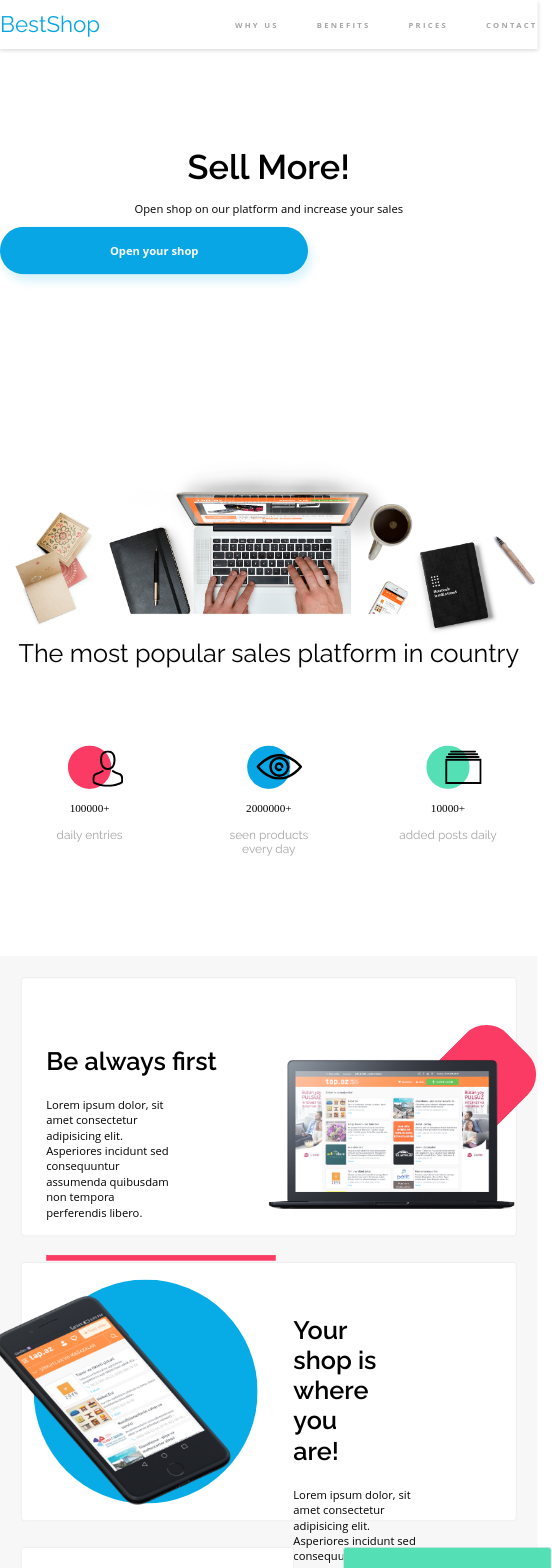
Repository: VolodymyrDubnytskyi/BestShop_project
Page: index.html
An editor plug-in stored every save of this project. The page is shown before and after the next save, followed by the edit.
The browser window is 768 px wide. The page is 788 px wide, so the pictures cover 788 px, including what lies to the right of the window. The pictures show the part of the page from y = 0 to 2240 px (the page is 4270 px tall), at 70% of full size.
Some web libraries are served in a nearby version.

Above is the page before, as saved 2020-01-05 15:48:05.

### index.html
<!DOCTYPE html>
<html lang="en">

<head>
    <meta charset="UTF-8">
    <meta name="viewport" content="width=device-width, initial-scale=1.0">
    <meta http-equiv="X-UA-Compatible" content="ie=edge">
    <link rel="stylesheet" href="https://use.fontawesome.com/releases/v5.1.1/css/all.css"
        integrity="sha384-O8whS3fhG2OnA5Kas0Y9l3cfpmYjapjI0E4theH4iuMD+pLhbf6JI0jIMfYcK3yZ" crossorigin="anonymous">
    <link href="https://fonts.googleapis.com/css?family=Raleway:400,600&display=swap" rel="stylesheet">
    <link rel="stylesheet" href="css/reset.css">
    <link rel="stylesheet" href="css/style.css">
    <!-- <script src="js/main.js" defer></script> -->
    <title>Document</title>
</head>

<body>
    <header class="header">
        <nav class="navbar">
            <section class="container navbar-container">
                <h2 class="logo">BestShop</h2>
                <ul class="ul-list-nav">
                    <li><a href="#">why us</a></li>
                    <li><a href="#">benefits</a></li>
                    <li><a href="#">prices</a></li>
                    <li><a href="#">contact</a></li>
                </ul>
                <div class="toggle-menu">
                    <span></span>
                    <span></span>
                    <span></span>
                </div>
            </section>
        </nav>
        <section class="section-for-h1">
            <section class="main-heding-h1">
                <h1>Sell More!</h1>
                <p class="text-under-h1-line">Open shop on our platform and increase your sales</p>
                <a href="" class="open-your-shop-btn">Open your shop</a>
            </section>
        </section>

    </header>
    <section class="sales-platform">
        <h2 class="sales-platform-heading">The most popular sales platform in country</h2>
        <section class="sales-platform-main-box container">
            <arcticle class="sales-platform-boxes">
                <div class="circle circle-red"></div>
                <img src="img/Person.svg" alt="" class="img-absolut">

                <h3 class="sales-platform-box-heading">100000+</h3>
                <p class="sales-platform-box-content">daily entries</p>
            </arcticle>
            <arcticle class="sales-platform-boxes">
                <div class="circle circle-blue"></div>
                <img src="img/Eye.svg" alt="" class="img-absolut absotul-img-mid">

                <h3 class="sales-platform-box-heading">2000000+</h3>
                <p class="sales-platform-box-content">seen products every day</p>
            </arcticle>
            <arcticle class="sales-platform-boxes">
                <div class="circle circle-green"></div>
                <img src="img/Catalog.svg" alt="" class="img-absolut">

                <h3 class="sales-platform-box-heading">10000+</h3>
                <p class="sales-platform-box-content">added posts daily</p>
            </arcticle>
        </section>
    </section>
    <!-- *  MAIN -->
    <main>
        <section class="container main-content-container">
            <arcticle class="main-content-boxes">
                <div class="main-content-info-box">
                    <h2>Be always first</h2>
                    <p>Lorem ipsum dolor, sit amet consectetur adipisicing elit. Asperiores incidunt sed consequuntur
                        assumenda quibusdam non tempora perferendis libero.</p>
                    <hr class="hr-for-first-box">
                </div>
                <div class="main-content-img-box">
                    <div class="rhombus-div"></div>
                    <img src="img/Macbook2.png" alt="" class="main-content-img">
                </div>
            </arcticle>

            <arcticle class="main-content-boxes">
                <div class="main-content-img-box">
                    <div class="blue-circle"></div>
                    <img src="img/iPhone2.png" alt="" class="main-content-img main-content-img-phone">

                </div>
                <div class="main-content-info-box">
                    <h2 class="main-h2-second-arcticle">Your shop is where you are!</h2>
                    <p>Lorem ipsum dolor, sit amet consectetur adipisicing elit. Asperiores incidunt sed consequuntur
                        assumenda quibusdam non tempora perferendis libero.</p>
                    <hr class="hr-for-second-box">
                </div>
            </arcticle>

            <arcticle class="main-content-boxes main-content-boxes-split-for-two">
                <div class="maint-contet-last-box-one">
                    <h2>Increase recognition your brand!</h2>
                    <p>Lorem ipsum dolor sit amet, consectetur adipiscing elit, sed do eiusmod tempor incididunt ut
                        labore et dolore magna aliqua. Ut enim ad minim veniam.</p>
                    <hr class="hr-for-third-box">
                </div>
                <div class="maint-contet-last-box-second">
                    <img src="img/Trumpet.png" alt="">
                </div>
            </arcticle>
        </section>
        </section>
    </main>
    <footer>
        <section class="pricing-section container">
            <h2>Pricing</h2>
            <section class="pricing-box-main">
                <arcticle class="pricing-box pricing-box-basic">
                    <h3>Basic</h3>
                    <h4>$0</h4>
                    <span class="pricing-box-content">100 MB HDD</span>
                    <span class="pricing-box-content">1 Subdomain</span>
                    <span class="pricing-box-content">2 E-mails</span>
                    <span class="pricing-box-content pricing-box-content-dont-ofer">Two years license</span>
                    <span class="pricing-box-content pricing-box-content-dont-ofer">Full support</span>
                    <a href="" class="begin-links begin-links-basic">Begin</a>
                </arcticle>
                <arcticle class="pricing-box pricing-box-professional">
                    <h3>Professional</h3>
                    <h4 class="heading-after-limited-offer">$25</h4>
                    <span class="pricing-box-content">500 MB HDD</span>
                    <span class="pricing-box-content">2 Subdomain</span>
                    <span class="pricing-box-content">5 E-mails</span>
                    <span class="pricing-box-content">One years license</span>
                    <span class="pricing-box-content pricing-box-content-dont-ofer">Full support</span>
                    <a href="" class="begin-links begin-links-professional">Begin</a>
                </arcticle>
                <arcticle class="pricing-box pricing-box-premium">
                    <h3>Premium</h3>
                    <h4 class="heading-after-limited-offer">$60</h4>
                    <span class="pricing-box-content">2 GB HDD</span>
                    <span class="pricing-box-content">5 Subdomain</span>
                    <span class="pricing-box-content">20 E-mails</span>
                    <span class="pricing-box-content">Two years license</span>
                    <span class="pricing-box-content">Full support</span>
                    <a href="" class="begin-links begin-links-premium">Begin</a>
                </arcticle>
            </section>
        </section>
    </footer>
    <section class="form-main">
        <section class="form-and-questions-box">
            <arcticle class="questions-box">
                <h2>Any questions?</h2>
                <p>Leave your email address or call us!</p>
                <span class="mail-icon ">info@bestshop.xyz</span>
                <span class="phone-icon ">123 456 789</span>
            </arcticle>
            <arcticle class="form-box form-box">
                <form action="">
                    <label for="#name" class="lables">name</label>
                    <input type="text" id="name">
                    <label for="#email" class="lables">email</label>
                    <input type="email">
                    <div class="i-agree-terms">
                        <label class="container-new-chekbox">
                            <input type="checkbox">
                            <span class="checkmark"></span>


                        </label>
                        <div>I hereby give consent for my personal data included in my application to be processed
                            for
                            the purposes of the recruitment process under the European Parliament’s and Council of
                            the
                            European Union Regulation on the Protection of Natural Persons as of 27 April 2016, with
                            regard to the processing of personal data and on the free movement of such data, and
                            repealing Directive 95/46/EC (Data Protection Directive)
                        </div>
                    </div>
                    <div class="button-box">
                        <button class="btn-send">Send</button>
                    </div>

                </form>
            </arcticle>
        </section>
    </section>
    <section class="social-networks-main">
        <section class="container class social-networks-box">
            <arcticle class="social-networks-logo">
                <h2 class="logo logo-footer">BestShop</h2>
                <p>© 2019 BestShop LTD, All Rights Reserved</p>
            </arcticle>
            <arcticle class="social-networks-links">
                <a href="">
                    <img src="img/Twitter.svg" alt="">
                </a><a href="">
                    <img src="img/Facebook.svg" alt="">
                </a>
            </arcticle>
        </section>
    </section>
</body>

</html>

### css/style.css
* {
  box-sizing: border-box;
  text-decoration: none;
  margin: 0;
  padding: 0;
}

/* * HEADER SECTION */
header {
  background: url(../img/Background.png) no-repeat center bottom/contain;
  height: 912px;
  width: 100%;
}
.navbar-container {
  display: flex;
  justify-content: space-between;
  align-items: center;
  height: 100%;
}
.container {
  max-width: 1354px;
  margin: auto;
}
.navbar {
  background: #fff;
  box-shadow: 0px 3px 6px #00000029;
  height: 70px;
  margin-bottom: 138px;
}
.ul-list-nav {
  display: flex;
}
.ul-list-nav li {
  margin: 0 47px;
}
.ul-list-nav li:last-child {
  margin-right: 0;
}
.ul-list-nav li a {
  font: Bold 11px/15px "Open Sans";
  letter-spacing: 3.28px;
  color: #a5a5a5;
  text-transform: uppercase;
  padding: 28px 0 25px 0;
}
.ul-list-nav li a:hover {
  border: none;
  border-bottom: 4px solid #08a6e4;
  color: #000;
}
.logo {
  text-align: left;
  font-size: 32px;
  font-family: "Raleway", sans-serif;
  letter-spacing: 0;
  color: #08a6e4;
  line-height: 38px;
}
/* toggle menu navbar */
.toggle-menu{
  display: none;
}
.toggle-menu span{
      width: 36px;
      height: 4px;
      background: #07ACE6 ;
      display: block;
      margin-bottom: 8px;
      transition: 0.5s;
      position: relative;

}
.toggle-menu span:nth-child(1){
  transform-origin: left;
}
.toggle-menu span:nth-child(2){
  transform-origin: center;
}
.toggle-menu span:nth-child(3){
  transform-origin: left;
}

.toggle-menu.active-toggle span:nth-child(1){
  transform:rotate(45deg);
  left: 2px;
}
.toggle-menu.active-toggle span:nth-child(2){
  transform:rotate(315deg);
  right: 2px;
}
.toggle-menu.active-toggle span:nth-child(3){
  transform: scaleX(0);
}




/* rwd nav */
@media (max-width: 1200px) {
  .ul-list-nav li {
    margin: 0 27px;
  }
}
@media (max-width: 800px)





/* *Bg-img + h1 content */
.section-for-h1 {
  display: flex;
  justify-content: center;
  align-items: flex-start;
}
h1 {
  text-align: center;
  font: 49px/59px;
  font-size: 49px;
  line-height: 59px;
  font-weight: 550;
  font-family: "Raleway", sans-serif;
  letter-spacing: 0;
  color: #000000;
}
.text-under-h1-line {
  text-align: center;
  font: 400 16px/22px "Open Sans";
  letter-spacing: 0;
  color: #000000;
  margin: 20px 0 38px 0;
}
.open-your-shop-btn {
  background: #08a6e4 0% 0% no-repeat padding-box;
  box-shadow: 5px 10px 14px #07ace629;
  border-radius: 40px;
  font: Bold 16px/22px "Open Sans";
  letter-spacing: 0;
  color: #fff;
  padding: 23px 157px;
}
.open-your-shop-btn:hover {
  background: rgb(7, 134, 184);
  box-shadow: 5px 10px 14px rgba(5, 124, 167, 0.394);
}
/* bg-img */
.sales-platform {
  text-align: center;
  height: 454px;
}
.sales-platform-main-box {
  display: flex;
  justify-content: space-around;
  margin-top: 100px;
}
.sales-platform-boxes {
  position: relative;
  width: 167px;
  height: 176px;
}
.sales-platform-boxes * {
  padding: 10px;
}
.sales-platform-heading {
  flex-basis: 100%;
  text-align: center;
  font: 400 36px/43px "Raleway";
  letter-spacing: 0;
  color: #000000;
}

.circle {
  height: 62px;
  width: 62px;
  border-radius: 50%;
  margin: 10px auto;
}
.circle-red {
  background: #fb3b64 0% 0% no-repeat padding-box;
}
.circle-blue {
  background: #08a6e4 0% 0% no-repeat padding-box;
}
.circle-green {
  background: #55dfb4 0% 0% no-repeat padding-box;
}
/* icons absolute */
.img-absolut {
  position: absolute;
  right: 26px;
  top: 7px;
}
.absotul-img-mid {
  top: 12px;
}

.sales-platform-box-content {
  text-align: center;
  font: 400 17px/20px "Raleway";
  letter-spacing: 0;
  color: #a5a5a5;
}
/* Main */
main {
  background: #f7f7f7 0% 0% no-repeat padding-box;
  height: 1395px;
}
main hr {
  width: 328px;
  height: 0px;
  margin-left: 35px;
}
main h2 {
  text-align: left;
  font: 550 36px/43px "Raleway";
  letter-spacing: 0;
  color: #000000;
}
main p {
  text-align: left;
  font: 400 16px/22px "Open Sans";
  letter-spacing: 0;
  color: #000000;
}
.main-content-boxes {
  height: 370px;
  width: 100%;
  display: flex;
  background-color: #fff;
  margin-bottom: 37px;
  border: 1px solid #e8e9ed;
  border-radius: 5px;
}
.main-content-boxes:last-child {
  margin: 0;
}
.main-content-container {
  max-width: 1354px;
  height: 100%;
  padding: 105px 115px;
}
.main-content-info-box {
  width: 50%;
}
.main-content-img-box {
  width: 50%;
  position: relative;
  display: flex;
  justify-content: center;
}
.rhombus-div {
  width: 180px;
  height: 180px;
  transform: matrix(0.71, 0.71, -0.71, 0.71, 0, 0);
  background: #fb3b64 0% 0% no-repeat padding-box;
  border-radius: 41px;
  margin-left: 229px;
  margin-top: 68px;
}
.main-content-info-box h2 {
  padding: 97px 0 0 35px;
}
.main-content-info-box p {
  padding: 30px 133px 50px 35px;
}
.main-content-img {
  position: absolute;
  bottom: 0;
  padding-bottom: 10%;
}
.hr-for-first-box {
  border: 4px solid #fb3b64;
}
/* main rwd */
@media (max-width: 1200px) {
  .main-content-container {
    padding: 30px;
  }
}
@media (min-width: 800px) {
  /* .rhombus-div   */
}
/* Acrticle 2 in main ceontent */
.blue-circle {
  width: 320px;
  height: 320px;
  background: #07ace6 0% 0% no-repeat padding-box;
  border-radius: 50%;
}
.main-content-boxes .main-content-img-box:nth-child(1) {
  align-items: center;
  justify-content: center;
}
.main-content-img-phone {
  padding: 0;
  right: 0;
}
h2.main-h2-second-arcticle {
  padding: 75px 198px 0 35px;
}
.hr-for-second-box {
  border: 4px solid #08a6e4;
}
/* LAST BOXES */
.main-content-boxes-split-for-two {
  background-color: #f7f7f7;
  border: none;
}
.maint-contet-last-box-one {
  width: 623px;
  height: 370px;
  margin-right: 70px;
  background-color: #fff;
  border: 1px solid #e8e9ed;
  border-radius: 5px;
}
.maint-contet-last-box-second {
  width: 440px;
  height: 370px;
  background-color: #fff;
  border: 1px solid #e8e9ed;
  border-radius: 5px;
  background: #55dfb4 0% 0%;
  display: flex;
  justify-content: center;
  align-items: center;
}
.maint-contet-last-box-one > h2 {
  padding: 97px 159px 0 35px;
}
.maint-contet-last-box-one > p {
  padding: 30px 15px 40px 35px;
}
.maint-contet-last-box-one > hr {
  border: 4px solid #55dfb4;
}
/* FOOTER: SECTION WHITH PRICES AND FORM */
.pricing-section {
  text-align: center;
}
.pricing-section h2 {
  text-align: center;
  font: 400 36px/43px "Raleway";
  letter-spacing: 0;
  color: #000000;
  margin-top: 106px;
}
.pricing-box-main {
  display: flex;
  justify-content: space-around;
  align-items: center;
  height: 100%;
  margin-top: 50px;
}
.pricing-box-main .pricing-box:first-child {
  border: 1px solid #fb3b64;
}
.pricing-box-main .pricing-box:nth-child(2) {
  border: 1px solid #07ace6;
}
.pricing-box-main .pricing-box:last-child {
  border: 1px solid #55dfb4;
}
.pricing-box {
  height: 461px;
  width: 372px;
  border-radius: 18px;
  display: flex;
  flex-direction: column;
  justify-content: center;
  align-items: center;
}
.pricing-box h3 {
  text-align: left;
  font: Bold 20px/41px "Raleway";
  letter-spacing: 0;
  color: #13253b;
}
.pricing-box h4 {
  text-align: left;
  font: 300 46px/41px "Open Sans";
  letter-spacing: 0;
  color: #fb3b64;
  margin: 15px 0 60px 0;
}
.pricing-box-professional h4 {
  color: #07ace6;
}
.pricing-box-premium h4 {
  color: #55dfb4;
}

.pricing-box-content::before,
.pricing-box-content-dont-ofer::before {
  content: "\f00c";
  font-size: 6px;
  font-weight: bold;
  font-family: "Font Awesome 5 Free";
  border: 1px solid #55dfb4;
  margin-right: 7px;
  padding: 2px;
  border-radius: 2px;
  color: #55dfb4;
}
.pricing-box-content-dont-ofer::before {
  content: "\f00d";
  border: 1px solid #eb476e;
  color: #eb476e;
}
.pricing-box-content {
  font: 400 14px/41px "Open Sans";
  letter-spacing: 0;
  color: #000000;
}
.pricing-box .heading-after-limited-offer::after {
  content: "limited ofer";
  font: Bold 12px/1px "Raleway";
  letter-spacing: 0;
  color: #13253b;
  display: block;
  margin-top: 7px;
}
.pricing-box-professional {
  height: 500px;
  width: 405px;
  box-shadow: 5px 10px 27px #07ace629;
}
.pricing-box-professional:hover {
  box-shadow: 5px 10px 34px rgba(6, 125, 169, 0.401);
}
.pricing-box-main .pricing-box-basic:hover {
  box-shadow: 0px 5px 15px #fb3b64;
}
.pricing-box-main .pricing-box-premium:hover {
  box-shadow: 0px 5px 15px #55dfb4;
}
.begin-links {
  text-align: left;
  font: Bold 13px/41px "Open Sans";
  letter-spacing: 0;
  color: #ffffff;
  background: #eb476e;
  border-radius: 23px;
  width: 150px;
  padding: 2px;
  text-align: center;
  position: relative;
  top: 40px;
}
.begin-links-professional {
  top: 59px;
  background: #07ace6;
  box-shadow: 5px 10px 14px #07ace629;
}
.begin-links-premium {
  background: #55dfb4;
}
.begin-links-basic:hover {
  background: linear-gradient(rgb(184, 56, 86), #eb476e);
}
.begin-links-professional:hover {
  background: linear-gradient(rgb(5, 111, 150), #07ace6);
}
.begin-links-premium:hover {
  background: linear-gradient(rgb(61, 165, 132), #55dfb4);
}

/* * FORM AND CONTACT SECTION */
.form-main {
  height: 721px;
  display: flex;
  justify-content: center;
  align-items: center;
}
.form-and-questions-box {
  display: flex;
  width: 896px;
}
.questions-box {
  display: flex;
  flex-wrap: wrap;
  flex-basis: 50%;
  height: 210px;
}
.form-box {
  flex-basis: 50%;
}
.form-box form {
  flex-basis: 50%;
  display: flex;
  flex-direction: column;
}
.questions-box h2 {
  font: 550 49px/59px "Raleway";
  letter-spacing: 0;
  color: #000000;
  margin-bottom: 22px;
  flex-basis: 100%;
}
.questions-box p {
  font: 500 16px/22px "Open Sans";
  letter-spacing: 0;
  color: #000000;
  margin-bottom: 42px;
  flex-basis: 100%;
}
.questions-box span {
  font: 500 16px/22px "Open Sans";
  letter-spacing: 0;
  color: #a5a5a5;
  display: flex;
  justify-content: center;
  align-items: center;
}
.questions-box .mail-icon::before {
  content: url(../img/Mail\ Icon.svg);
  padding-right: 12px;
}
.questions-box .phone-icon::before {
  content: url(../img/Phone\ Icon.svg);
  padding-right: 10px;
  margin-left: 24px;
}
/* Form */
form input:nth-child(2n) {
  padding: 20px;
  border: none;
  border-bottom: 1px solid #95989a;
  margin-bottom: 35px;
}
.i-agree-terms {
  display: flex;
}
.container-new-chekbox {
  display: block;
  position: relative;
  margin-right: 35px;
  margin-bottom: 12px;
  cursor: pointer;
  font-size: 22px;
  user-select: none;
}
.container-new-chekbox input {
  position: absolute;
  opacity: 0;
  cursor: pointer;
  height: 0;
  width: 0;
}
.checkmark {
  position: absolute;
  top: 0;
  left: 0;
  height: 25px;
  width: 25px;
  border: 1px solid #95989a;
}
.checkmark:after {
  content: "";
  position: absolute;
  display: none;
}
.container-new-chekbox input:checked ~ .checkmark:after {
  display: block;
}
.container-new-chekbox .checkmark:after {
  left: 4px;
  top: 4px;
  width: 70%;
  height: 70%;
  background: url(../img/Checkmark.svg) no-repeat center/cover;
}
.i-agree-terms div {
  text-align: left;
  font: 400 12px/17px "Open Sans";
  letter-spacing: 0;
  color: #707070;
}
.lables {
  text-align: left;
  font: Bold 11px/15px "Open Sans";
  letter-spacing: 3.28px;
  color: #08a6e4;
  text-transform: uppercase;
}

.btn-send {
  box-shadow: 5px 10px 14px #07ace629;
  border-radius: 35px;
  background: #08a6e4;
  padding: 20px 97px;
  font: Bold 13px/18px "Open Sans";
  letter-spacing: 0;
  color: #fff;
  border: none;
  margin-top: 25px;
}
.btn-send:hover {
  background: linear-gradient(90deg, rgba(2, 0, 36, 1) 0%, rgba(9, 9, 121, 1) 4%, rgba(8, 166, 228, 1) 100%);
}
.button-box {
  display: flex;
  justify-content: flex-end;
}
.social-networks-main {
  width: 100%;
  height: 89px;
  background: #f7f7f7;
  box-shadow: 0px -5px 40px #00000029;
}
.social-networks-box {
  height: 100%;
  display: flex;
  justify-content: space-between;
  align-items: center;
}
.logo-footer {
  font: 300 26px/31px "Raleway";
}
.social-networks-logo > p {
  font: 400 11px/15px "Open Sans";
  letter-spacing: 0;
  color: #a5a5a5;
  margin-top: 6px;
}
.social-networks-links a:first-child {
  margin-right: 20px;
}
.social-networks-links a:hover {
  cursor: pointer;
}

/* ///////////////////////////////////////////// */

.calculate-bg {
  background: #f7f7f7;
  display: flex;
  justify-content: center;
  align-items: center;
  height: 550px;
}
.calculate-main {
  display: flex;
  justify-content: center;
  align-items: center;
  flex-wrap: wrap;
  flex-basis: 70%;
  position: relative;
  height: 350px;
}
.calculate-form {
  display: flex;
  flex-basis: 50%;
  height: 100%;
}
.calculate-heading {
  flex-basis: 100%;
  margin-bottom: 60px;
  text-align: center;
  font: 500 36px/43px 'Raleway';
  letter-spacing: 0;
  color: #000000;
}
.calculate-box {
  flex-basis: 50%;
  display: flex;
  flex-direction: column;
  background: #f7f7f7;
}
.calculate-box-value {
  height: 100%;
  padding-left: 50px;
}
.calculate-box-inputs {
  flex-basis: 100%;
  position: relative;
}
.calculate-form .calculate-box-inputs input,
.calculate-form .calculate-box-inputs select {
  margin: 7px;
  padding: 10px;
  border: 1px solid #08a6e4;
  box-shadow: 0px 3px 6px #08a6e429;
  border-radius: 6px;
}
.calculate-form .calculate-box-inputs div {
  margin: 7px;
}
.calculate-form .calculate-box-inputs select {
  margin: 0;
  width: 100%;
  outline: none;
}

.calculate-box-value div {
  display: none;
  justify-content: space-between;
  align-items: center;
  background: #55dfb4;
  box-shadow: 0px 3px 6px #00000029;
  border-radius: 6px;
  margin: 3px;
  padding: 10px;
  height: 32px;
  border: none;
  font: 400 14px/19px "Open Sans";
  letter-spacing: 0;
  color: #ffffff;
}
.btn-submit {
  background: #08a6e4;
  box-shadow: 0px 3px 8px #00000029;
  border-radius: 6px;
  border: none;
  width: 179px;
  height: 38px;
  position: absolute;
  right: 0;
  bottom: 0;
  display: flex;
  justify-content: space-between;
  align-items: center;
  padding: 5px 15px;
}
.btn-submit span {
  font: 400 14px/19px "Open Sans";
  letter-spacing: 0;
  color: #ffffff;
}
.btn-submit span:last-child {
  font: Bold 20px/27px "Open Sans";
}

.calculate-box .container-new-chekbox {
  margin: 7px;
  padding-left: 36px;
}
.selcet-package {
  background-image: url(../img/Arrow\Down.svg);
  background-repeat: no-repeat;
  background-size: 4%;
  background-position-x: 97%;
  background-position-y: 45%;
  -webkit-appearance: none;
  cursor: pointer;
}

.selcet-package option {
  display: none;
}
.selcet-package-activ-arrow {
  background-image: url(../img/method-draw-image.svg);
}

.disable-option span {
  font: 400 13px/18px "Open Sans";
  letter-spacing: 0;
  color: #a5a5a5;
}

#valueProducts {
  display: none;
}

/*
 */

.select-option-custome {
  position: absolute;
  background: #ffffff 0% 0% no-repeat padding-box;
  box-shadow: 0px 3px 6px #eb476e29;
  border: 1px solid #eb476e;
  border-radius: 6px;
  width: 97%;
  height: 105px;
  z-index: 2;
  display: flex;
  flex-direction: column;
  bottom: 83px;
  text-align: left;
  font: 400 13px/18px "Open Sans";
  letter-spacing: 0;
  color: #000000;
}
.select-option-custome .span-select {
  padding: 8px;
  cursor: pointer;
  /* display: block; */
}

Loaded but not shown: css/reset.css (common file)

After the next save:
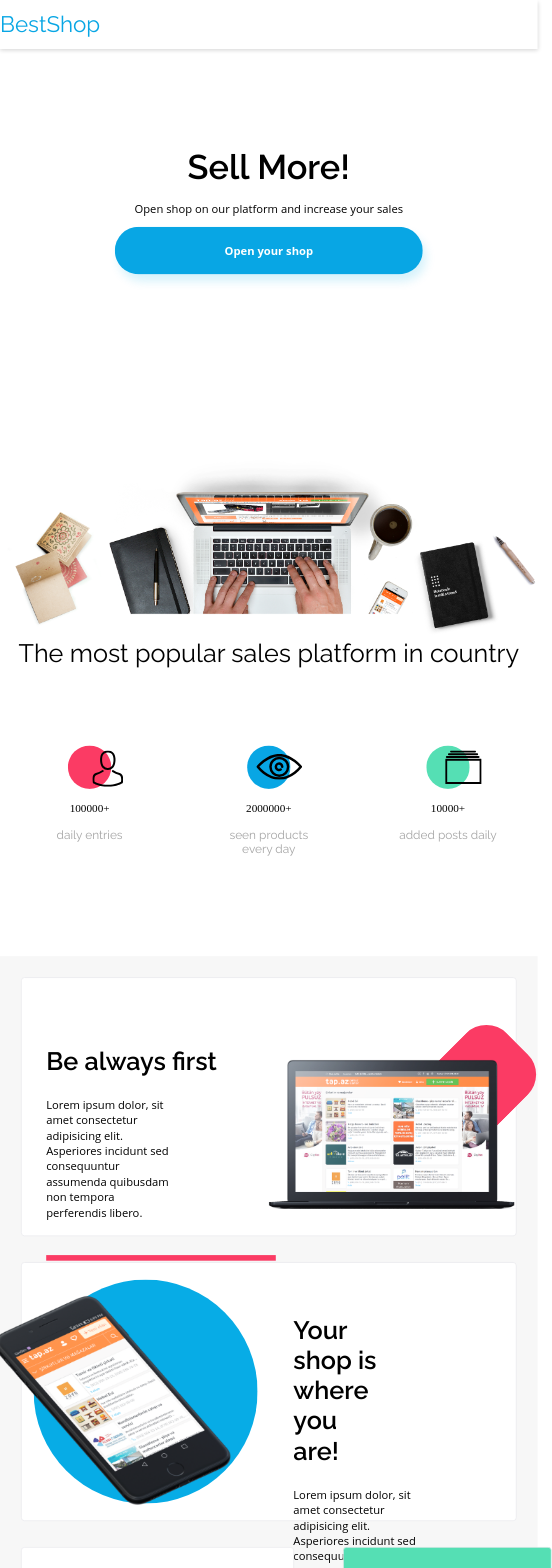
Saved 24 s later.
--- a/css/style.css
+++ b/css/style.css
@@ -101,7 +101,11 @@ header {
     margin: 0 27px;
   }
 }
-@media (max-width: 800px)
+@media (max-width: 800px){
+  .ul-list-nav{
+    display: none;
+  }
+}
 
 
 
